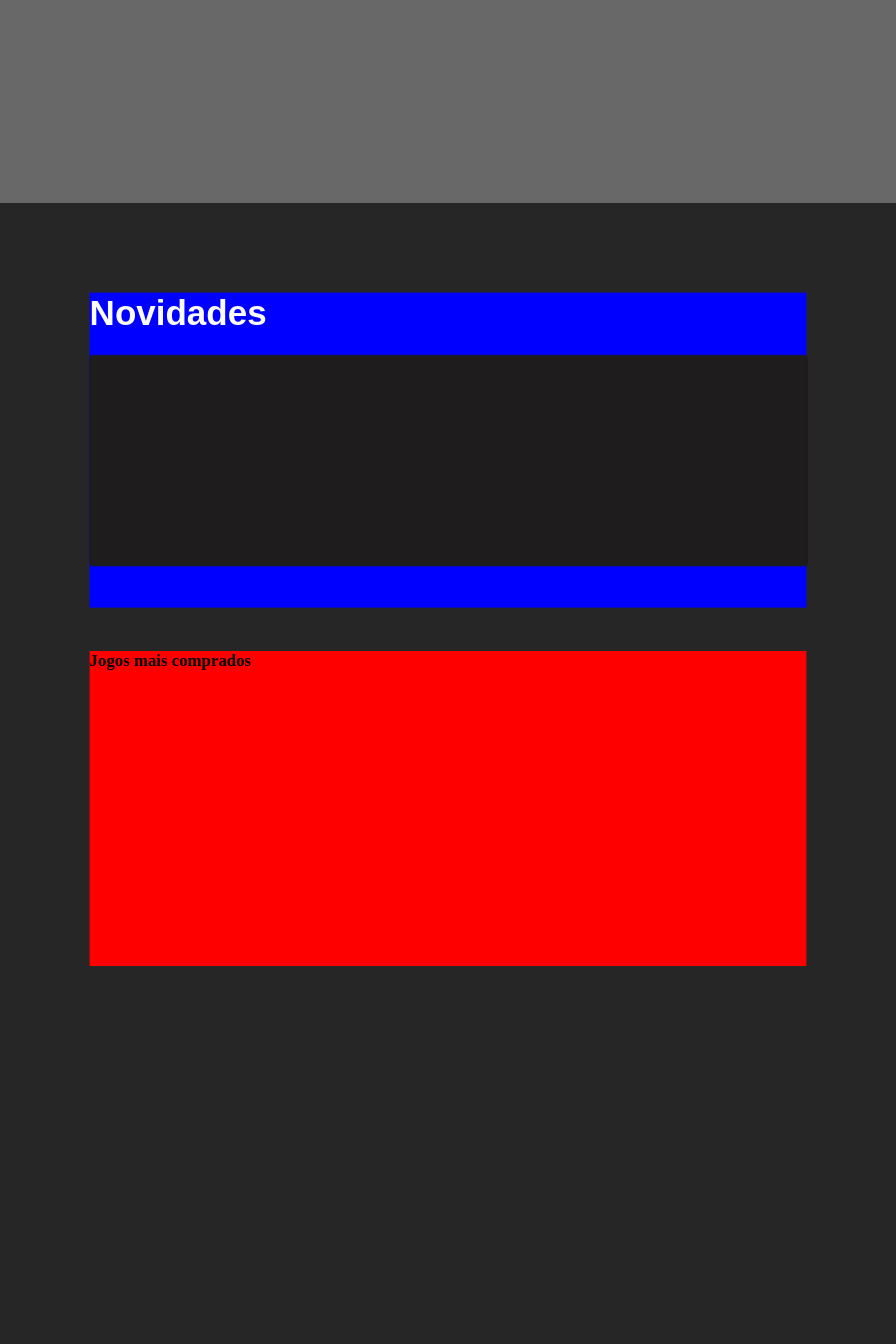
Repository: MarcoantonioCaldeira/Projeto-Go-Gamming
Page: /
An editor plug-in stored every save of this project. The page is shown before and after the next save, followed by the edit.
The browser window is 1280 px wide. The pictures show the part of the page from y = 480 to 2400 px (the page is 3570 px tall), at 70% of full size.
The project was rebuilt for these pictures with package versions that can differ from the ones it lists, and the page was loaded fresh each time. Also part of the build but not shown: src/pages/Jogos/Jogos.js, src/pages/Categorias/Acao.js, src/pages/Categorias/Aventura.js, src/pages/Categorias/Arcades.js, src/pages/Categorias/Familia.js, src/pages/Categorias/Independentes.js, src/pages/Categorias/Jogos_RPG.js, src/pages/Categorias/Gratuitos.js and 4 more.

Above is the page before, as saved 2023-02-13 18:46:17.

After the next save:
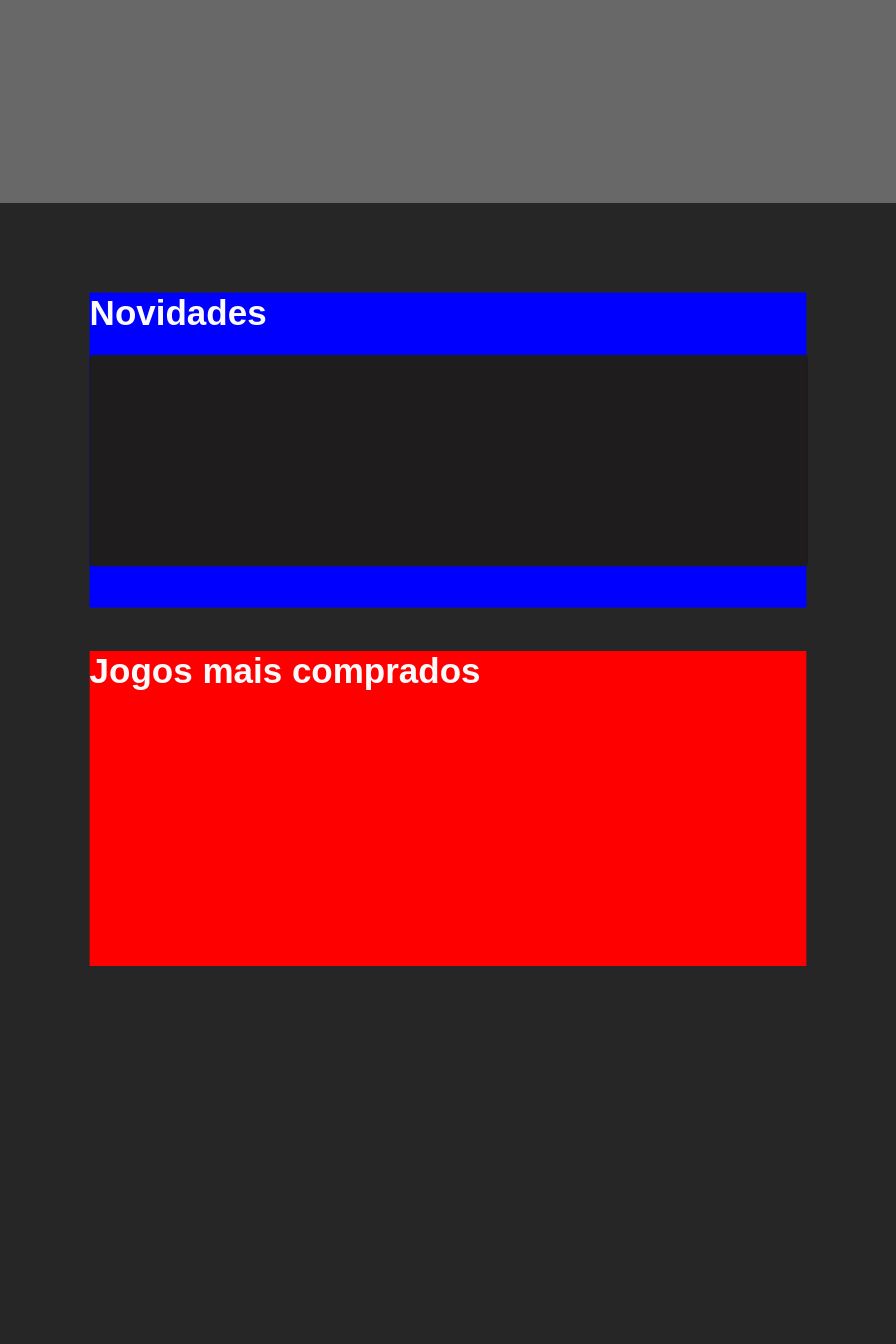
Saved 27 s later.
--- a/src/pages/Inicio/estilo.css
+++ b/src/pages/Inicio/estilo.css
@@ -55,7 +55,7 @@
     margin-top: 50%;
 }
 
-.h1_novidades{
+.h1_mais_comprados{
     font-family: Arial, Helvetica, sans-serif;
     color: #FAFAFA;
     font-size: 50px;
